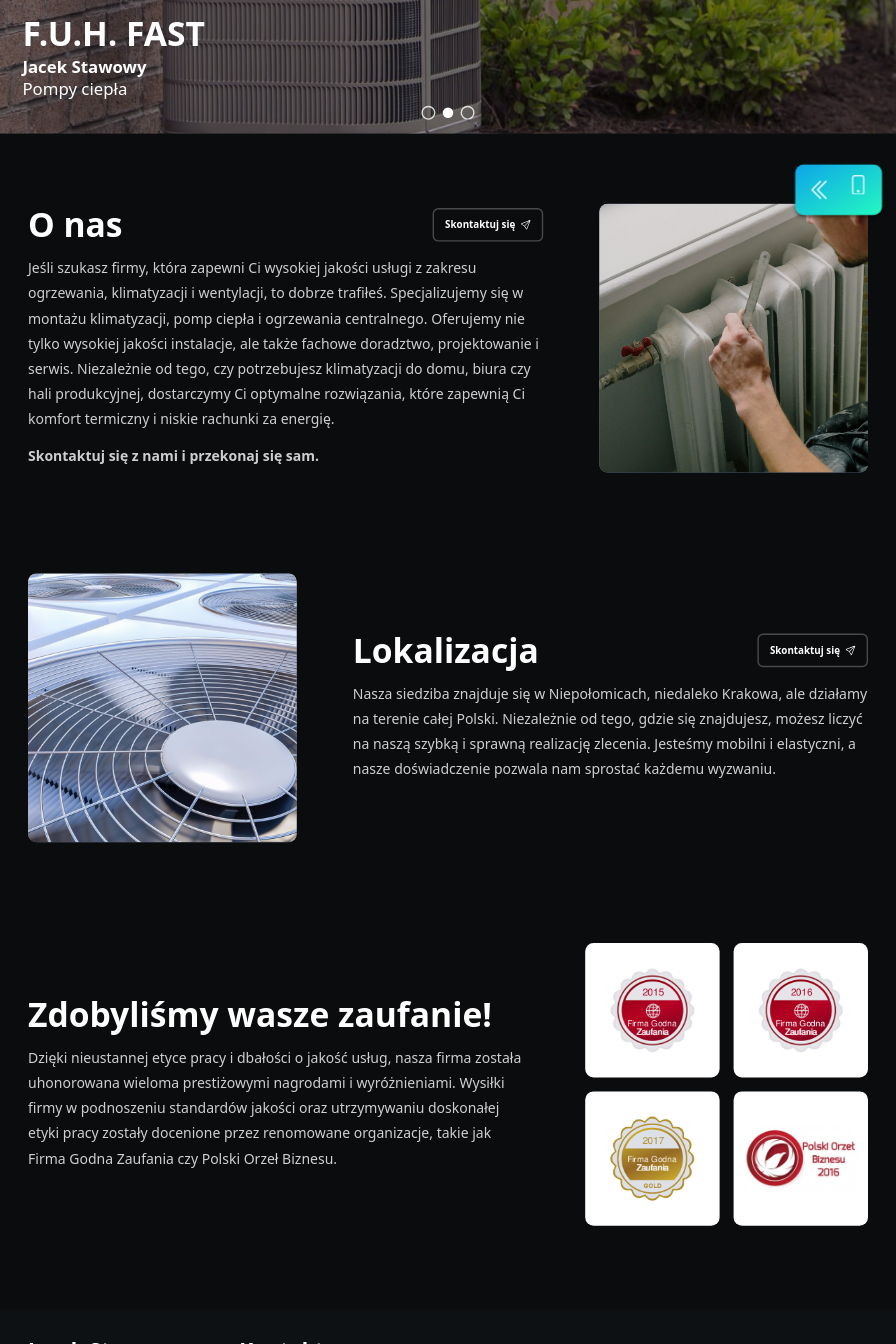
Repository: piotrokrutniak/Fast-CompanyWebsite
Page: /
An editor plug-in stored every save of this project. The page is shown before and after the next save, followed by the edit.
The browser window is 1280 px wide. The pictures show the part of the page from y = 393 to 2313 px (the page is 2660 px tall before and 2580 px after), at 70% of full size.
The project was rebuilt for these pictures with package versions that can differ from the ones it lists, and the page was loaded fresh each time. The framework's server and built-in components were replaced by stand-ins that run in the browser. Also part of the build but not shown: next.config.js.

Above is the page before, as saved 2023-10-23 00:20:15.

### src/app/layout.js
import FootBar from './components/footbar/footbar'
import Navbar from './components/navbar/navbar'
import QuickContact from './components/quickContact'
import './globals.css'
import { Inter } from 'next/font/google'

const inter = Inter({ subsets: ['latin'] })

export const metadata = {
  title: 'Fast - Klimatyzacje Kraków-Niepołomice',
  description: 'F.U.H. Fast Jacek Stawowy - Montaż klimatyzacji, pomp ciepła i ogrzewania centralnego, Kraków-Niepołomice',
}

export default function RootLayout({ children }) {
  return (
    <html lang="pl" className="!scroll-smooth">
      <body className='bg-black min-w-mobile w-screen overflow-x-clip'>
        <div className='bg-slate-500/10 min-h-screen min-w-mobile relative w-screen overflow-x-clip text-white'>
          <Navbar/>
          {children}
          <QuickContact/>
          <FootBar/>
        </div>
      </body>
    </html>
  )
}

### src/app/page.js
import Image from "next/image"
import ButtonBase from "./components/common/buttonBase";
import {BsSend} from "react-icons/bs"
import award2015 from "./media/img/2015.png"
import award2016 from "./media/img/2016.png"
import award2017 from "./media/img/2017gold.png"
import award2016orzel from "./media/img/pob.jpg"
import ac1 from "./media/img/air-conditioning-2.jpg"
import ac2 from "./media/img/heat-pump-2.jpg"
import ac3 from "./media/img/heating-2.jpg"
import ac4 from "./media/img/cooling.jpeg"
import Link from "next/link";
import { CarouselSlider } from "./components/common/carouselSlider";

export default function Home() {

  const slides = [
    {img: ac1, desc:"Klimatyzacje"},
    {img: ac2, desc:"Pompy ciepła"},
    {img: ac3, desc:"Instalacje grzewcze"}
  ]

  return (
    <>
    <CarouselSlider slides={slides}/>
    <main className="min-h-screen flex flex-col gap-2 sm:pt-10 md:gap-16">
      <div className="z-10 w-full items-center justify-between text-sm lg:flex p-10 max-sm:p-5">
        <div className="max-w-7xl m-auto flex gap-20 align-middle h-full max-lg:flex-col-reverse flex-row-reverse max-lg:gap-10">
          <div className="w-96 h-96 shrink-0 bg-slate-500 rounded-xl relative self-center max-lg:w-full overflow-clip">
            <Image src={ac3} layout="fill" objectFit="cover"/>
          </div>
          <div className="relative self-center">
            <div className="flex justify-between gap-5 max-lg:flex-col mb-5">
              <h1 className="text-5xl font-semibold max-sm:text-3xl">O nas</h1>
              <Link href={"/kontakt"} className="w-fit">
                <ButtonBase text="Skontaktuj się" color="black" icon={<BsSend/>} className="px-2 h-12 border-solid border-2 border-white/25 hover:border-white w-fit"/>
              </Link>
            </div>
            <p className="text-xl font-thin leading-9 max-sm:text-lg opacity-80">Jeśli szukasz firmy, która zapewni Ci wysokiej jakości usługi z zakresu ogrzewania, klimatyzacji i wentylacji, to dobrze trafiłeś. Specjalizujemy się w montażu klimatyzacji, pomp ciepła i ogrzewania centralnego. Oferujemy nie tylko wysokiej jakości instalacje, ale także fachowe doradztwo, projektowanie i serwis. Niezależnie od tego, czy potrzebujesz klimatyzacji do domu, biura czy hali produkcyjnej, dostarczymy Ci optymalne rozwiązania, które zapewnią Ci komfort termiczny i niskie rachunki za energię. </p>
            <p className="text-xl leading-9 max-sm:text-lg opacity-80 font-semibold pt-4">Skontaktuj się z nami i przekonaj się sam.</p>
          </div>
        </div>
      </div>
      <div className="z-10 w-full items-center justify-between text-sm lg:flex p-10 max-xs:p-5">
        <div className="max-w-7xl m-auto flex gap-20 align-middle h-full max-lg:flex-col-reverse max-lg:gap-10">
          <div className="w-96 h-96 shrink-0 bg-slate-500 rounded-xl relative self-center max-lg:w-full overflow-clip">
            <Image src={ac4} layout="fill" objectFit="cover"/>
          </div>
          <div className="relative self-center">
            <div className="flex justify-between gap-5 max-lg:flex-col mb-5">
              <h1 className="text-5xl font-semibold max-sm:text-3xl">Lokalizacja</h1>
              <Link href={"/kontakt"} className="w-fit">
                <ButtonBase text="Skontaktuj się" color="black" icon={<BsSend/>} className="px-2 h-12 border-solid border-2 border-white/25 hover:border-white w-fit"/>
              </Link>
            </div>
            <p className="text-xl font-thin leading-9 max-sm:text-lg opacity-80">Nasza siedziba znajduje się w Niepołomicach, niedaleko Krakowa, ale działamy na terenie całej Polski. Niezależnie od tego, gdzie się znajdujesz, możesz liczyć na naszą szybką i sprawną realizację zlecenia. Jesteśmy mobilni i elastyczni, a nasze doświadczenie pozwala nam sprostać każdemu wyzwaniu.</p>
          </div>
        </div>
      </div>
      <div className="z-10 w-full items-center justify-between text-sm lg:flex p-10 max-xs:p-5">
        <div className="max-w-7xl m-auto flex gap-20 align-middle h-full max-lg:flex-col max-lg:gap-10">
          <div className="relative self-center">
            <div className="flex justify-between max-lg:flex-col gap-5 mb-5">
              <h1 className="text-5xl font-semibold max-sm:text-3xl">Zdobyliśmy wasze zaufanie!</h1>
            </div>
            <p className="text-xl font-thin leading-9 max-sm:text-lg opacity-80">Dzięki nieustannej etyce pracy i dbałości o jakość usług, nasza firma została uhonorowana wieloma prestiżowymi nagrodami i wyróżnieniami. Wysiłki firmy w podnoszeniu standardów jakości oraz utrzymywaniu doskonałej etyki pracy zostały docenione przez renomowane organizacje, takie jak Firma Godna Zaufania czy Polski Orzeł Biznesu.</p>
          </div>
          <div className="flex self-center shrink-0 h-full max-md:pt-10 max-sm:pt-5">
            <div className="grid grid-cols-2 gap-5 self-center">
              <Link href="https://www.firmagodnazaufania.pl/about" target="_blank">
                <div className="w-48 h-48 shrink-0 bg-white rounded-xl relative items-center justify-center flex cursor-pointer max-sm:w-36 max-sm:h-36 p-4">
                  <Image src={award2015} alt="Firma Godna Zaufania 2015" className="text-black hover:scale-105 active:scale-100 transition-all" width={120} height={120}/>
                </div>
              </Link>
              <Link href="https://www.firmagodnazaufania.pl/about" target="_blank">
                <div className="w-48 h-48 shrink-0 bg-white rounded-xl relative items-center justify-center flex cursor-pointer max-sm:w-36 max-sm:h-36 p-4">
                  <Image src={award2016} alt="Firma Godna Zaufania 2015" className="text-black hover:scale-105 active:scale-100 transition-all" width={120} height={120}/>
                </div>
              </Link>
              <Link href="https://www.firmagodnazaufania.pl/about" target="_blank">
                <div className="w-48 h-48 shrink-0 bg-white rounded-xl relative items-center justify-center flex cursor-pointer max-sm:w-36 max-sm:h-36 p-4">
                  <Image src={award2017} alt="Firma Godna Zaufania 2015" className="text-black hover:scale-105 active:scale-100 transition-all" width={120} height={120}/>
                </div>
              </Link>
              <Link href="http://www.polskiorzelbiznesu.pl/" target="_blank">
                <div className="w-48 h-48 shrink-0 bg-white rounded-xl relative items-center justify-center flex cursor-pointer max-sm:w-36 max-sm:h-36 p-4">
                  <Image src={award2016orzel} alt="Firma Godna Zaufania 2015" className="text-black hover:scale-105 active:scale-100 transition-all" width={170} height={120}/>
                </div>
              </Link>
            </div>
          </div>
        </div>
      </div>
    </main>
    </>
  )
}

### src/app/components/footbar/footbar.js
import Link from "next/link";

export default function FootBar(){
    return(
        <footer className="bg-slate-500/5 mt-20">
            <div className="max-w-7xl w-full max-sm:px-5 p-10 flex gap-8 sm:gap-20 m-auto">
                <div className="flex flex-col gap-3">
                    <h1 className="font-bold text-2xl md:text-3xl">Jacek Stawowy</h1>
                    <h2 className="font-semibold text-xl">Kraków</h2>
                    <h2 className="font-thin text-xl">NIP: 6791924300</h2>
                </div>

                <div className="flex flex-col gap-3">
                    <h1 className="font-bold text-2xl md:text-3xl">Kontakt</h1>
                    <h2 className="font-thin text-xl">Telefon:
                    <Link href={"tel:+48 509 012 407"} className="cursor-pointer hover:text-emerald-200">
                        <p className="whitespace-nowrap">
                            +48 509 012 407
                        </p>
                    </Link>
                    </h2>
                    <h2 className="font-thin text-xl">Email:
                    <a href={"mailto:fast@firma.pl"} className="cursor-pointer hover:text-emerald-200">
                        <p className="whitespace-nowrap">
                            fast@firma.pl
                        </p>
                    </a>
                    </h2>
                    <h2 className="font-thin text-xl">Pon-Pt 8.00-19.00</h2>
                </div>
            </div>
            <div className="bg-black flex p-10 ">
                <div className="xs:m-auto w-fit">
                    © Piotr Okrutniak 2022
                </div>
            </div>
        </footer>
    )
}

### src/app/components/navbar/navbar.js
"use client";
import { useState } from "react";
import ButtonBase from "../common/buttonBase";
import AcLogo from "../icons/ac";
import {BsList, BsXLg} from "react-icons/bs";
import Link from "next/link";

export default function Navbar(){
    const [mobileOpen, setMobileOpen] = useState(false)

    return(
        <nav className="sticky bg-black top-0 w-full py-3 px-5 sm:px-3  z-50">
            <div className="flex justify-between place-items-center mx-auto max-w-7xl h-auto align-middle">
                <Link href="/">
                    <div className="text-white text-4xl font-bold hover:cursor-pointer flex gap-2 align-middle
                        hover:text-emerald-200 hover:fill-emerald-200 fill-white active:opacity-90 transition-all">
                        <AcLogo className="h-10 w-10 top-px relative"/>
                        FAST
                    </div>
                </Link>
                <div className="align-middle gap-5 text-black transition-all ease-in hidden sm:flex">
                    <Link href="/oferta">
                        <ButtonBase text="Oferta" color="bg-transparent" className="hover:bg-slate-400/25 text-white"  onClick={() => setMobileOpen(false)}/>
                    </Link>
                    <Link href="/kontakt">
                        <ButtonBase text="Kontakt" color="bg-transparent" className="hover:bg-slate-400/25 text-white"  onClick={() => setMobileOpen(false)}/>
                    </Link>
                    <Link href="/realizacje">
                        <ButtonBase text="Realizacje" color="bg-transparent" className="hover:bg-slate-400/25 text-white"  onClick={() => setMobileOpen(false)}/>
                    </Link>
                </div>
                <div className=" sm:hidden flex">
                    <BsList className="h-12 w-12 cursor-pointer hover:fill-emerald-200 active:opacity-90" onClick={() => setMobileOpen(true)}/>
                </div>
            </div>

            <div className={`${mobileOpen ? "" : "translate-x-full"} absolute w-screen h-screen bg-black left-0 top-0 sm:hidden transition-all`}>
                <div id="mobile-header" className="flex p-3 cursor-pointer" onClick={() => setMobileOpen(false)}>
                    <BsXLg className="w-14 h-14 p-2 hover:fill-emerald-200 active:opacity-70 absolute right-4"/>
                </div>
                <div id="mobile-list" className="flex flex-col w-full gap-8 justify-center text-xl px-5 py-32">
                    <Link href="/kontakt" onClick={() => setMobileOpen(false)}>
                        <ButtonBase text="Kontakt" className="w-full py-6 px-10 bg-gradient-to-br hover:from-sky-500 hover:to-emerald-200 self-center" color="bg-slate-500/25"/>
                    </Link>
                    <Link href="/oferta" onClick={() => setMobileOpen(false)}>
                        <ButtonBase text="Oferta" className="w-full py-6 px-10 bg-gradient-to-br hover:from-sky-500 hover:to-emerald-200 self-center" color="bg-slate-500/25"/>
                    </Link>
                    <Link href="/realizacje" onClick={() => setMobileOpen(false)}>
                        <ButtonBase text="Realizacje" className="w-full py-6 px-10 bg-gradient-to-br hover:from-sky-500 hover:to-emerald-200 self-center" color="bg-slate-500/25"/>
                    </Link>
                    <Link href="/" onClick={() => setMobileOpen(false)}>
                        <ButtonBase text="Strona Główna" className="w-full py-6 px-10 bg-gradient-to-br hover:from-sky-500 hover:to-emerald-200 self-center" color="bg-slate-500/25"/>
                    </Link>
                </div>
                <div className="p-10 justify-self-center w-full text-center bottom-0 absolute">
                    © Piotr Okrutniak 2022
                </div>
            </div>
        </nav>
    )
}

### src/app/components/quickContact.js
"use client";

import Link from "next/link";
import { useState } from "react"
import {BsChevronDoubleRight, BsPhone} from "react-icons/bs"

export default function QuickContact(){
    const [folded, setFolded] = useState(true)

    function Transition(){
        setFolded((old) => !old)
    }

    return(
        <div className="bg-gradient-to-br from-sky-500 to-emerald-200 rounded-xl w-fit sm:p-5 p-3 text-base z-20
            font-normal shadow-md shadow-black/50 fixed right-5 bottom-5 flex items-center gap-4 transition-all ease-in-out whitespace-nowrap">
            <BsChevronDoubleRight className={`${folded ? "rotate-180" : "rotate-0"} transition-all ease-in h-8 w-8 cursor-pointer active:opacity-60 select-none`}
                onClick={() => Transition()}/>
            <div className="flex gap-2">
                <div className={`${folded ? "w-0" : "w-72 max-sm:w-44"} overflow-hidden transition-all ease-in flex max-sm:flex-col`}><p>Skontaktuj się z nami:</p> <Link href={"tel:+48 509 012 407"} className="cursor-pointer">+48 509 012 407</Link></div>
                <BsPhone className="h-7 w-7 animate-bounce self-center"/>
            </div>
        </div>
    )
}

### src/app/globals.css
@import 'tailwindcss/base';
@import 'tailwindcss/components';
@import 'tailwindcss/utilities';

:root {

}

@media (prefers-color-scheme: dark) {
  :root {
    --foreground-rgb: 255, 255, 255;
    scroll-behavior: smooth;
  }
}

body {
  color: rgb(var(--foreground-rgb));
  background: linear-gradient(
      to bottom,
      transparent,
      rgb(var(--background-end-rgb))
    )
    rgb(var(--background-start-rgb));
}

@layer base {
  html {
    scroll-behavior: smooth;
  }
}

### src/app/components/common/buttonBase.js
export default function ButtonBase({...props}){
    return(
        <button className={`${props.className} ${props.color ?? "bg-sky-500"} py-3 px-4 rounded-lg font-semibold active:opacity-80 flex items-center gap-2 whitespace-nowrap transition-all`}
            onClick={props.onClick}>
            {props.text} {props.icon ?? ""}
        </button>
    )
}

### src/app/components/common/carouselSlider.js
"use client"
import Image from "next/image"
import { useEffect, useRef, useState } from "react"
import { BsChevronCompactLeft, BsChevronCompactRight } from "react-icons/bs"


export function CarouselSlider({slides}){
    const [activeIndex, setActiveIndex] = useState(0)
    const [offsets, setOffsets] = useState([])

    useEffect(() => {
      slides.map((slide, x) => {
        offsets.push(`-translate-x-[${x*100}%]`);
        console.log(offsets)
      })
    }, [])


    function PrevSlide() {
      setActiveIndex(prevIndex => (prevIndex === 0 ? slides.length - 1 : prevIndex - 1))
    }

    function NextSlide() {
      setActiveIndex(prevIndex => (prevIndex === slides.length - 1 ? 0 : prevIndex + 1))
    }

    function GoToSlide(index) {
      setActiveIndex(index)
    }

    function useAutoSlide(intervalTime) {
      const intervalRef = useRef(null);

      function resetTimer() {
        clearInterval(intervalRef.current)
        startTimer()
      }

      function startTimer() {
        intervalRef.current = setInterval(() => {
          NextSlide();
        }, intervalTime)
      }

      useEffect(() => {
        startTimer()

        return () => {
          clearInterval(intervalRef.current)
        };
      }, []);

      useEffect(() => {
        resetTimer()
      }, [activeIndex])

      return resetTimer
    }

    const resetTimer = useAutoSlide(5000)

    return(
        <>
        <div className="w-full max-w-7xl relative mx-auto overflow-clip group">
        <div className={`relative w-full max-w-7xl h-128 flex overflow-visible transition-all`} style={{transform: `translateX(-${activeIndex * 100}%)`}}>
            {slides.map((image, index) => <CarouselPanel image={image} key={index} index={index} />)}
        </div>
        <div className='flex w-full justify-between center top-0 h-full place-items-center absolute p-2'>
            <div className='bg-black/10 p-2 rounded-2xl sm:hidden group-hover:block hover:bg-black/20 active:scale-95'>
                <BsChevronCompactLeft color='white' className='w-10 z-10 h-10 cursor-pointer opacity-60 hover:opacity-100
                    transition-all active:scale-95' onClick={() => PrevSlide()}/>
            </div>
            <div className='bg-black/10 p-2 z-10 rounded-2xl sm:hidden group-hover:block hover:bg-black/20 active:scale-95'>
                <BsChevronCompactRight color='white' className='w-10 h-10 cursor-pointer opacity-60 hover:opacity-100
                       transition-all active:scale-95' onClick={() => NextSlide()}/>
            </div>
        </div>
        <div className='absolute bottom-12 px-8 z-20 max-sm:px-5'>
            <div className='font-bold text-5xl relative max-sm:text-4xl'>F.U.H. FAST</div>
            <div className='font-semibold text-2xl pt-2 relative max-sm:text-xl'>Jacek Stawowy</div>
            <div className='font-thin text-2xl relative max-sm:text-lg'>{slides[activeIndex].desc}</div>
        </div>
        </div>
        <div className='flex justify-center relative gap-2 -top-10 transition-all'>
            {slides.map((slide, index) => {
                return <div key={index} onClick={() => GoToSlide(index)}
                    className={`${index === activeIndex ? "bg-white scale-75" : ""} cursor-pointer w-5 h-5 border-solid border-2 border-white/80
                    rounded-full hover:scale-110`}/>
            })}
        </div>
        </>
    )
}

function CarouselPanel({image, index}){
    const offset = `left-[${index * 100}%]`
    return (
        <div className={`w-full h-full absolute ${offset}`}>
            <Image src={image.img} alt={image.desc} layout='fill' objectFit='cover' className="h-full opacity-60"/>
        </div>
        )
}

### src/app/components/icons/ac.js
export default function AcLogo({...props}){
    return(
        <svg
            xmlns="http://www.w3.org/2000/svg"
            xmlSpace="preserve"
            width={800}
            height={800}
            viewBox="0 0 507.802 507.802"
            {...props}
        >
            <path d="M465.7 47.901H42.3c-23.3 0-42.3 18.9-42.3 42.3v313.3c0 23.3 19 42.3 42.3 42.3h16.1c0 7.8 6.3 14.1 14.1 14.1H139c7.8 0 14.1-6.3 14.1-14.1h201.6c0 7.8 6.3 14.1 14.1 14.1h66.5c7.8 0 14.1-6.3 14.1-14.1h16.1c23.3 0 42.3-19 42.3-42.3v-313.3c.2-23.4-18.8-42.3-42.1-42.3zm0 369.7H42.3c-7.8 0-14.1-6.3-14.1-14.1v-313.3c0-7.8 6.3-14.1 14.1-14.1h423.3c7.8 0 14.1 6.3 14.1 14.1v313.3h.1c0 7.8-6.3 14.1-14.1 14.1z" />
            <path d="M435.6 107.801H391c-7.8 0-14.1 6.3-14.1 14.1s6.3 14.1 14.1 14.1h44.6c7.8 0 14.1-6.3 14.1-14.1s-6.3-14.1-14.1-14.1zM435.6 161.601H391c-7.8 0-14.1 6.3-14.1 14.1s6.3 14.1 14.1 14.1h44.6c7.8 0 14.1-6.3 14.1-14.1s-6.3-14.1-14.1-14.1zM435.6 215.301H391c-7.8 0-14.1 6.3-14.1 14.1s6.3 14.1 14.1 14.1h44.6c7.8 0 14.1-6.3 14.1-14.1s-6.3-14.1-14.1-14.1zM435.6 269.101H391c-7.8 0-14.1 6.3-14.1 14.1s6.3 14.1 14.1 14.1h44.6c7.8 0 14.1-6.3 14.1-14.1s-6.3-14.1-14.1-14.1zM198.3 99.701c-81.1 0-147.1 66-147.1 147.1s66 147.1 147.1 147.1 147.1-66 147.1-147.1-66-147.1-147.1-147.1zm-80.9 233.9c-2-1.9-3.9-3.8-5.8-5.8h5.8v5.8zm0-34H92c-5.9-11.9-10-24.9-11.6-38.6h37v38.6zm0-66.9h-37c1.6-13.7 5.6-26.7 11.6-38.6h25.4v38.6zm0-66.8h-5.8c1.9-2 3.8-3.9 5.8-5.8v5.8zm66.8 198.9c-13.7-1.6-26.7-5.7-38.6-11.6v-25.4h38.6v37zm0-65.2h-38.6v-38.6h38.6v38.6zm0-66.9h-38.6v-38.6h38.6v38.6zm0-66.8h-38.6v-25.4c11.9-5.9 24.9-10 38.6-11.6v37zm95.1-5.8c2 1.9 3.9 3.8 5.8 5.8h-5.8v-5.8zm0 34h25.4c5.9 11.9 10 24.9 11.6 38.6h-37v-38.6zm-28.2 159.1c-11.9 5.9-24.9 10-38.6 11.6v-37h38.6v25.4zm0-53.6h-38.6v-38.6h38.6v38.6zm0-66.9h-38.6v-38.6h38.6v38.6zm0-66.8h-38.6v-37c13.7 1.6 26.7 5.7 38.6 11.6v25.4zm28.2 167.7v-5.8h5.8c-1.9 2-3.8 4-5.8 5.8zm0-34v-38.6h37c-1.6 13.7-5.7 26.7-11.6 38.6h-25.4z" />
        </svg>
    )
}

### tailwind.config.js
/** @type {import('tailwindcss').Config} */
module.exports = {
  mode: 'jit',
  content: [
    './src/pages/**/*.{js,ts,jsx,tsx,mdx}',
    './src/components/**/*.{js,ts,jsx,tsx,mdx}',
    './src/app/**/*.{js,ts,jsx,tsx,mdx}',
  ],
  theme: {
    extend: {
      backgroundImage: {
        'gradient-radial': 'radial-gradient(var(--tw-gradient-stops))',
        'gradient-conic':
          'conic-gradient(from 180deg at 50% 50%, var(--tw-gradient-stops))',
      },
      height:{
        'screen-1/2': '50vh',
        'screen-1/4': '25vh',
        'screen-3/4': '75vh',
        'screen-3/5': '60vh',
        'screen-2/3': '66vh',
        'screen-1/3': '33vh',
        '112': '28rem',
        '128': '32rem',
      },
      minHeight:{
        'screen-1/2': '50vh',
        'screen-1/4': '25vh',
        'screen-3/4': '75vh',
        'screen-2/3': '66vh',
        'screen-1/3': '33vh',
        '112': '28rem',
        '128': '32rem',
      },
      width:{
        '112': '28rem',
        '128': '32rem',
      },
      colors:{
        "emerald":{
          "50": "#b0fde8",
          "100": "#60FBD2",
          "200": "#24F9C1",
          "400": "#06EFB1",
          "500": "#06d6a0",
        }
      },
      minWidth:{
        'mobile': '360px',
        '54': '258px',
      },
      screens:{
        'xs': '580px',
        '850': '850px',
      },
    },
  },
  plugins: [],
}

After the next save:
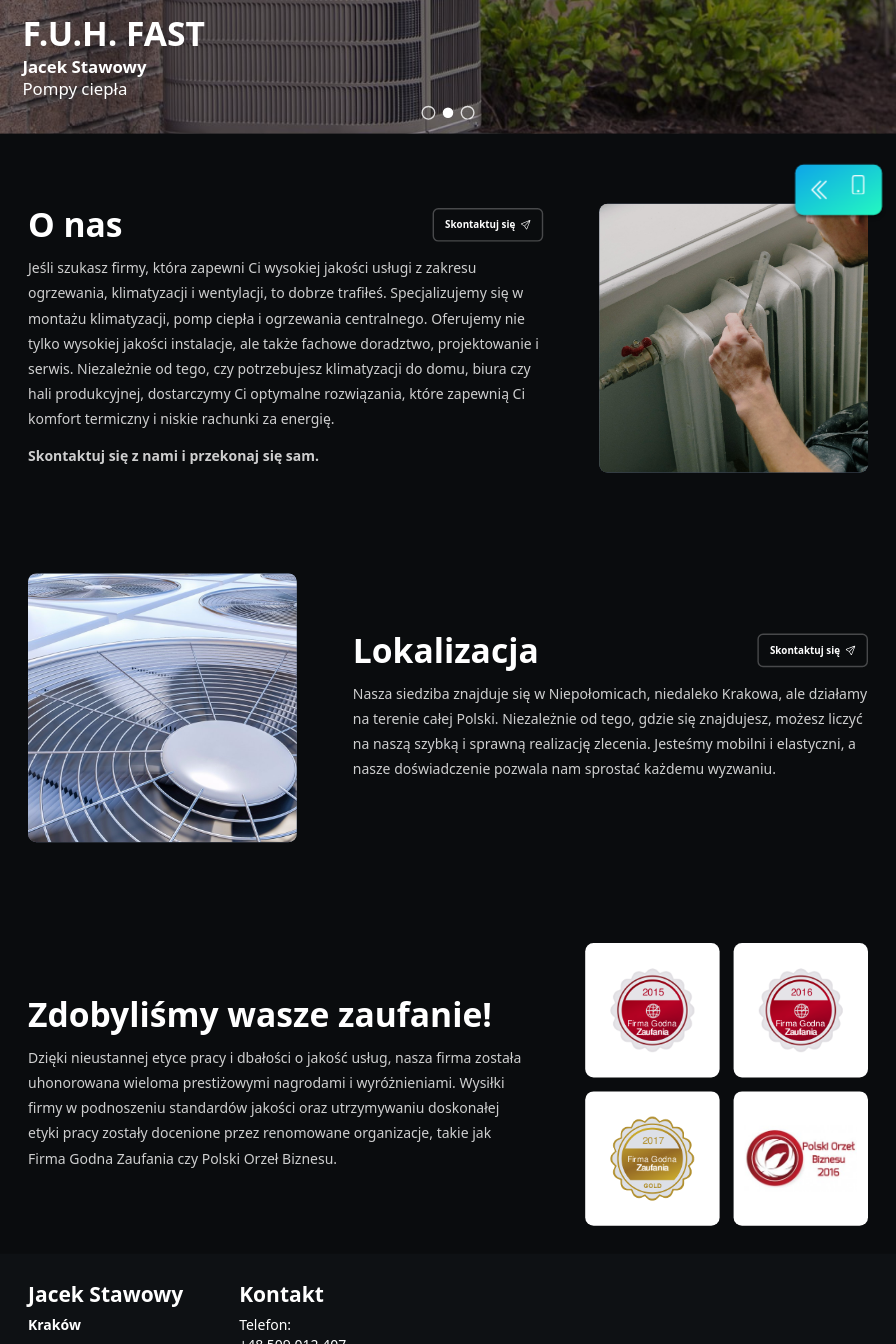
Saved 78 s later.
--- a/src/app/components/footbar/footbar.js
+++ b/src/app/components/footbar/footbar.js
@@ -2,7 +2,7 @@ import Link from "next/link";
 
 export default function FootBar(){
     return(
-        <footer className="bg-slate-500/5 mt-20">
+        <footer className="bg-slate-500/5">
             <div className="max-w-7xl w-full max-sm:px-5 p-10 flex gap-8 sm:gap-20 m-auto">
                 <div className="flex flex-col gap-3">
                     <h1 className="font-bold text-2xl md:text-3xl">Jacek Stawowy</h1>
